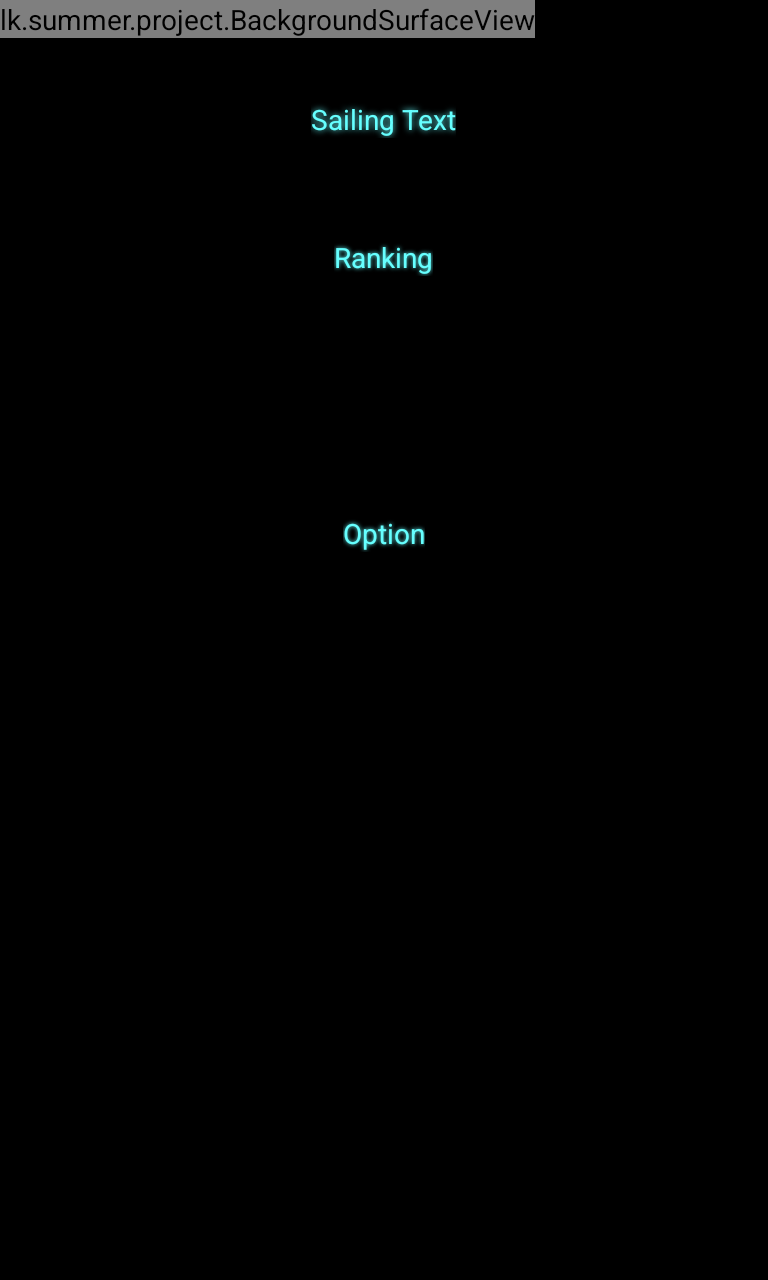
Repository: zwycid/dimension-drive-downside
Layout: lk/gameUIDesign/res/layout/activity_main.xml
These files come from the project's save history. The layout is drawn as it stood at one moment and after the next save; the edit follows.
Pictures or frames that could not be fetched are drawn as grey boxes. It is drawn on a 768 x 1280 px phone screen (xhdpi) without system bars, with theme AppTheme; the app's code is not run.

Above is the layout before, as saved 2012-07-10 15:30:16.

### lk/gameUIDesign/res/layout/activity_main.xml
<?xml version="1.0" encoding="utf-8"?>
<FrameLayout xmlns:android="http://schemas.android.com/apk/res/android"
    android:layout_width="fill_parent"
    android:layout_height="fill_parent"
    android:background="#000000"
    android:orientation="vertical" >

    <lk.summer.project.BackgroundSurfaceView
        android:id="@+id/BackgroundSurfaceView"
        android:layout_width="wrap_content"
        android:layout_height="wrap_content" />

    <ViewFlipper
        android:id="@+id/viewFlipper"
        android:layout_width="match_parent"
        android:layout_height="match_parent" >

        <LinearLayout
            android:id="@+id/MainmeniLinearLayout"
            android:layout_width="match_parent"
            android:layout_height="match_parent"
            android:background="#00000000"
            android:orientation="vertical" >

            <View
                android:id="@+id/view1"
                style="@style/blankView" />

            <TextView
                android:id="@+id/textViewTitle"
                android:text="@string/gameTitle"
                style="@style/TitleText" />

            <View
                android:id="@+id/view2"
                style="@style/blankView" />

            <TextView
                android:id="@+id/textViewStartgame"
                android:text="@string/Ranking"
                style="@style/ButtonText" />

            <View
                android:id="@+id/view3"
                style="@style/blankView" />

            <TextView
                android:id="@+id/textViewRanking"
                style="@style/ButtonText" />

            <View
                android:id="@+id/view4"
                style="@style/blankView" />

            <TextView
                android:id="@+id/textViewOption"
                android:text="@string/Option"
                style="@style/ButtonText" />
        </LinearLayout>

        <LinearLayout
            android:id="@+id/RankingLinearLayout"
            android:layout_width="match_parent"
            android:layout_height="match_parent"
            android:background="#00000000"
            android:orientation="vertical" >

            <TextView
                android:id="@+id/textViewTitleRanking"
                style="@style/TitleText"
                android:text="@string/Ranking" />
        </LinearLayout>

        <LinearLayout
            android:id="@+id/OptionLinearLayout"
            android:layout_width="match_parent"
            android:layout_height="match_parent"
            android:background="#00000000"
            android:orientation="vertical" >

            <TextView
                android:id="@+id/textViewTitleOption"
                style="@style/TitleText"
                android:text="@string/Option" />
        </LinearLayout>
    </ViewFlipper>

</FrameLayout>

### lk/gameUIDesign/res/values/styles.xml
<resources xmlns:android="http://schemas.android.com/apk/res/android">

    <style name="AppTheme" parent="android:Theme.Light" />

    <style name="TitleText">
        <item name="android:layout_width">wrap_content</item>
        <item name="android:layout_height">wrap_content</item>
        <item name="android:layout_gravity">center_horizontal</item>
        <item name="android:textColor">#66ffff</item>
        <item name="android:shadowColor">#66ffff</item>
        <item name="android:shadowDx">0.0</item>
        <item name="android:shadowRadius">5</item>
        <item name="android:shadowDy">0.0</item>
    </style>

    <style name="ButtonText">
        <item name="android:layout_width">wrap_content</item>
        <item name="android:layout_height">wrap_content</item>
        <item name="android:layout_gravity">center_horizontal</item>
        <item name="android:textColor">#66ffff</item>
        <item name="android:shadowColor">#66ffff</item>
        <item name="android:shadowDx">0.0</item>
        <item name="android:shadowRadius">3</item>
        <item name="android:shadowDy">0.0</item>
    </style>

    <style name="blankView">
        <item name="android:id">@+id/view2"</item>
        <item name="android:layout_width">wrap_content</item>
        <item name="android:layout_height">50dp</item>
        <item name="android:visibility">invisible</item>
    </style>

</resources>

### lk/gameUIDesign/res/values/strings.xml
<resources>

    <string name="app_name">ITProject-gameUIDesign</string>
    <string name="menu_settings">Settings</string>
    <string name="title_activity_main">gameUIDesign</string>
    <string name="gameTitle">Sailing Text</string>
    <string name="Startgame">Start Game</string>
    <string name="Ranking">Ranking</string>
    <string name="Option">Option</string>

</resources>

After the next save:
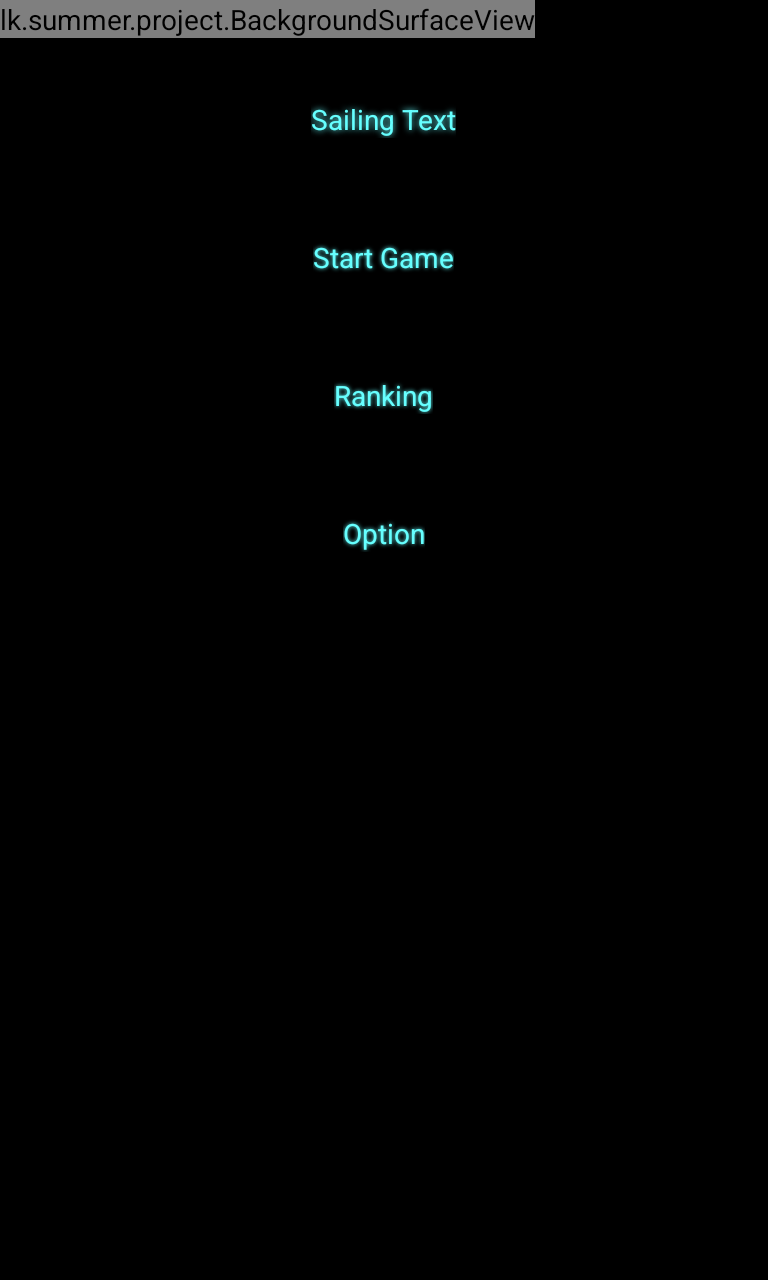
Saved 2 min 14 s later.
--- a/lk/gameUIDesign/res/layout/activity_main.xml
+++ b/lk/gameUIDesign/res/layout/activity_main.xml
@@ -37,7 +37,7 @@
 
             <TextView
                 android:id="@+id/textViewStartgame"
-                android:text="@string/Ranking"
+                android:text="@string/Startgame"
                 style="@style/ButtonText" />
 
             <View
@@ -46,6 +46,7 @@
 
             <TextView
                 android:id="@+id/textViewRanking"
+                android:text="@string/Ranking"
                 style="@style/ButtonText" />
 
             <View
